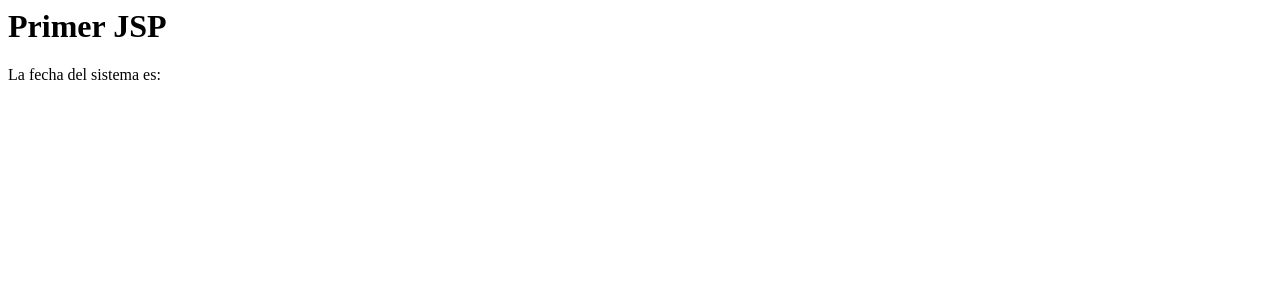
Repository: jchemile/varios
Page: http://localhost/Primeros_pasos_JSP/saludo.jsp
An editor plug-in stored every save of this project. The page is shown before and after the next save, followed by the edit.
The browser window is 1280 px wide. The pictures show the whole page.
The page is served by Tomcat 9. Other server files are loaded and not shown.

Above is the page before, as saved 2020-04-19 01:25:45.

### pildoras_informaticas/javaee/Primeros_pasos_JSP/WebContent/saludo.jsp
<html>
<body>

<h1>
Primer JSP
</h1>

La fecha del sistema es:

</body>
</html>

After the next save:
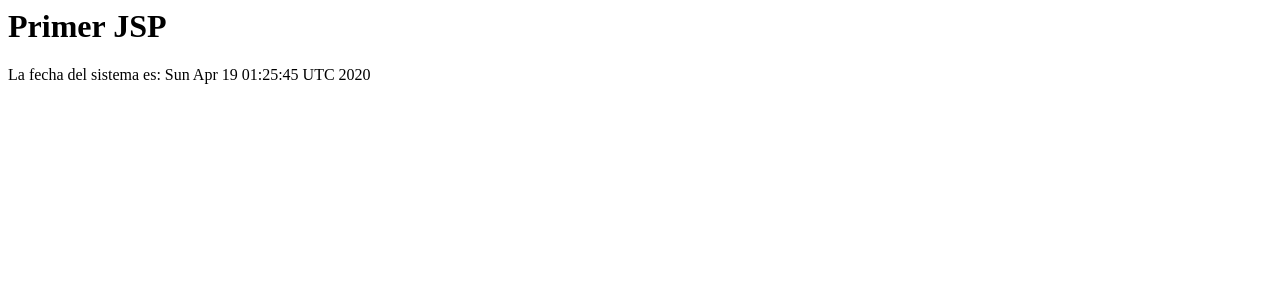
Saved 48 s later.
--- a/pildoras_informaticas/javaee/Primeros_pasos_JSP/WebContent/saludo.jsp
+++ b/pildoras_informaticas/javaee/Primeros_pasos_JSP/WebContent/saludo.jsp
@@ -5,7 +5,7 @@
 Primer JSP
 </h1>
 
-La fecha del sistema es:
+La fecha del sistema es: <%= new java.util.Date() %>
 
 </body>
 </html>
